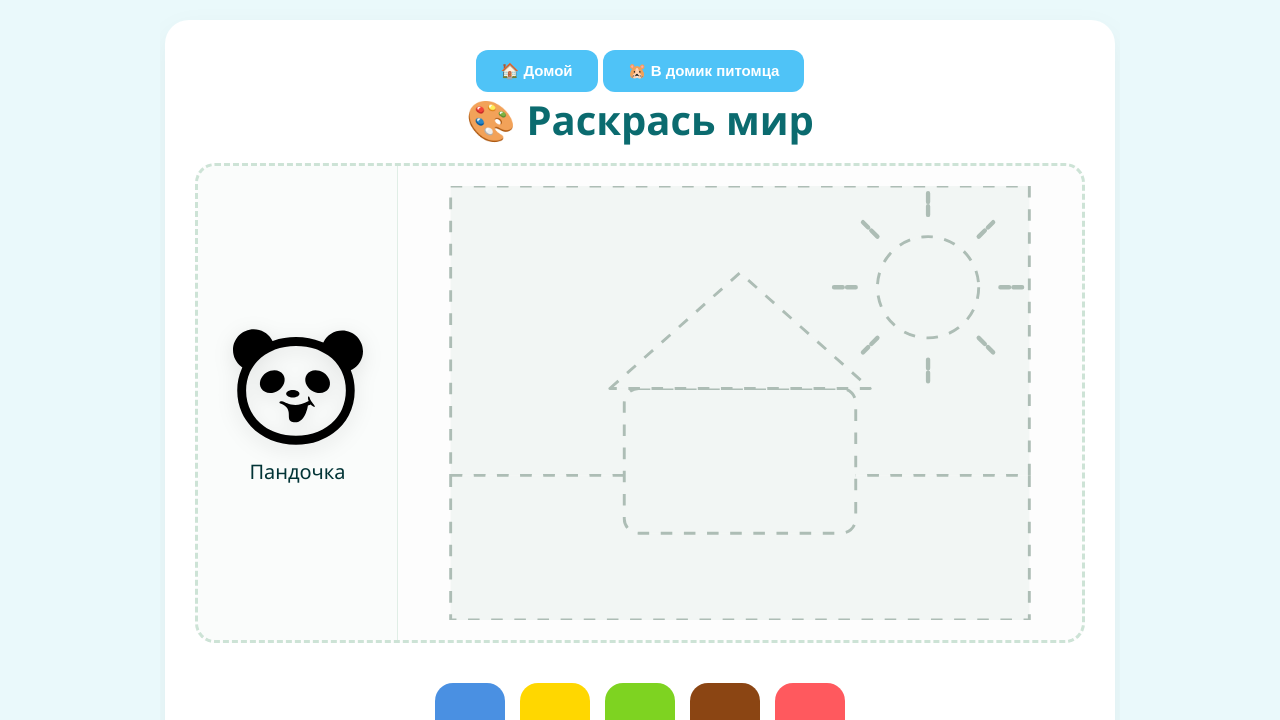
Repository: HOADF/kids-career-world
Page: games/artist/artist-game.html
The author's editor kept a copy of each file at every save. The page is drawn from the files as they stood at one save, then again after the next save.
The browser window is 1280 px wide. The pictures show the whole page.
An inner scrolling area shows only its first screen.

Above is the page before, as saved 2026-03-10 13:12:56.

### games/artist/artist-game.html
<!DOCTYPE html>
<html lang="ru">
<head>
    <meta charset="UTF-8">
    <meta name="viewport" content="width=device-width, initial-scale=1.0">
    <title>Уровень 1 — Пандочка-художник</title>
    <link rel="stylesheet" href="../../style.css">
    <link rel="stylesheet" href="artist-style.css">
</head>
<body>

<div class="main-card">
    <div class="nav-buttons">
        <button class="btn-nav">🏠 Домой</button>
        <button class="btn-nav">🐹 В домик питомца</button>
    </div>

    <h1>🎨 Раскрась мир</h1>

    <div class="game-board">
        <div class="pet-side">
            <div class="pet-container">
                <div id="speech-bubble" class="bubble hidden"></div>
                <img src="../../pets/panda.svg" alt="Panda" class="pet-img">
            </div>
            <p class="pet-name">Пандочка</p>
        </div>

        <div class="canvas-area">
            <svg viewBox="0 0 400 300" id="paint-svg">
                <rect id="sky" class="paint-area" data-correct="blue" data-name="Небо" x="0" y="0" width="400" height="200" />
                <rect id="ground" class="paint-area" data-correct="green" data-name="Травка" x="0" y="200" width="400" height="100" />

                <g id="sun-group" class="paint-area" data-correct="yellow" data-name="Солнышко">
                    <circle cx="330" cy="70" r="35" />
                    <line x1="330" y1="20" x2="330" y2="5" stroke-width="4" stroke-linecap="round" />
                    <line x1="330" y1="120" x2="330" y2="135" stroke-width="4" stroke-linecap="round" />
                    <line x1="280" y1="70" x2="265" y2="70" stroke-width="4" stroke-linecap="round" />
                    <line x1="380" y1="70" x2="395" y2="70" stroke-width="4" stroke-linecap="round" />
                    <line x1="295" y1="35" x2="285" y2="25" stroke-width="4" stroke-linecap="round" />
                    <line x1="365" y1="105" x2="375" y2="115" stroke-width="4" stroke-linecap="round" />
                    <line x1="365" y1="35" x2="375" y2="25" stroke-width="4" stroke-linecap="round" />
                    <line x1="295" y1="105" x2="285" y2="115" stroke-width="4" stroke-linecap="round" />
                </g>

                <rect id="house" class="paint-area" data-correct="brown" data-name="Стены" x="120" y="140" width="160" height="100" rx="10" ry="10" />
                <path id="roof" class="paint-area" data-correct="red" data-name="Крыша" d="M110 140 L200 60 L290 140 Z" stroke-linejoin="round" />
            </svg>
        </div>
    </div>

    <div class="palette">
        <div class="color-item" id="blue" data-color="blue" data-hex="#4A90E2" style="background-color: #4A90E2;"></div>
        <div class="color-item" id="yellow" data-color="yellow" data-hex="#FFD700" style="background-color: #FFD700;"></div>
        <div class="color-item" id="green" data-color="green" data-hex="#7ED321" style="background-color: #7ED321;"></div>
        <div class="color-item" id="brown" data-color="brown" data-hex="#8B4513" style="background-color: #8B4513;"></div>
        <div class="color-item" id="red" data-color="red" data-hex="#FF595E" style="background-color: #FF595E;"></div>
    </div>

    <div class="bottom-nav">
        <button onclick="location.reload()" class="btn-action">🔄 Начать заново</button>
        <button id="finish-btn" class="btn-action hidden">🏠 На главную</button>
    </div>
</div>

<script src="artist-game.js"></script>
</body>
</html>

### style.css
/* ---------- Базовые стили ---------- */

:root {
  --color-bg: #eaf9fb;
  --color-accent: #ffb44a;
  --color-text: #023436;
  --color-subtle: #0b6b6f;
  --color-white: #ffffff;

  --transition-fast: 0.3s ease;
  --transition-slow: 0.6s ease;
}

* {
  box-sizing: border-box;
  margin: 0;
  padding: 0;
}

html, body {
  width: 100%;
  height: 100%;
  font-family: system-ui, "Segoe UI", Roboto, sans-serif;
  color: var(--color-text);
  background-color: var(--color-bg);
  overflow-x: hidden;
}

.hidden {
  display: none !important;
}

/* ---------- Фон ---------- */

.background-decor {
  position: fixed;
  top: 0;
  left: 0;
  width: 100%;
  height: 100%;
  background: linear-gradient(180deg, #eaf9fb 0%, #f8ffff 100%);
  z-index: -1;
}

/* ---------- Структура ---------- */

.page-root {
  display: flex;
  flex-direction: column;
  align-items: center;
  justify-content: center;
  padding: 2rem;
  min-height: 100vh;
}

.welcome-card,
.questions-card,
.result-card {
  background: var(--color-white);
  border-radius: 24px;
  box-shadow: 0 6px 20px rgba(0, 0, 0, 0.08);
  max-width: 900px;
  width: 100%;
  padding: 2rem 3rem;
  display: flex;
  flex-direction: column;
  justify-content: center;
  animation: fadeIn var(--transition-slow);
}

.welcome-inner {
  display: flex;
  align-items: center;
  gap: 2rem;
  flex-wrap: wrap;
  justify-content: center;
}

/* ---------- Пингвинёнок ---------- */

.pet-visual {
  flex: 0 0 180px;
  animation: breathe 4s ease-in-out infinite;
}

@keyframes breathe {
  0%, 100% { transform: translateY(0); }
  50% { transform: translateY(-4px); }
}

/* ---------- Текст и кнопки ---------- */

.welcome-text {
  flex: 1 1 400px;
  text-align: left;
}

h1, h2 {
  font-weight: 700;
  color: var(--color-subtle);
  margin-bottom: 1rem;
}

.lead {
  font-size: 1.1rem;
  line-height: 1.6;
  margin-bottom: 1.5rem;
}

.controls {
  display: flex;
  gap: 1rem;
  flex-wrap: wrap;
  margin-bottom: 1rem;
}

.btn-primary,
.btn-ghost {
  font-size: 1rem;
  border-radius: 12px;
  padding: 0.8rem 1.6rem;
  cursor: pointer;
  transition: all var(--transition-fast);
  border: none;
}

.btn-primary {
  background: var(--color-accent);
  color: var(--color-white);
}

.btn-primary:hover {
  background: #ff9f1a;
  transform: translateY(-2px);
}

.btn-ghost {
  background: transparent;
  color: var(--color-subtle);
  border: 2px solid var(--color-subtle);
}

.btn-ghost:hover {
  background: var(--color-subtle);
  color: var(--color-white);
  transform: translateY(-2px);
}

.small {
  padding: 0.5rem 1rem;
  font-size: 0.9rem;
}

.meta-note {
  font-size: 0.9rem;
  color: #555;
  opacity: 0.8;
}

/* ---------- Опрос ---------- */

.questions-inner {
  display: flex;
  flex-direction: column;
  align-items: center;
  gap: 1rem;
}

.progress {
  font-size: 0.95rem;
  color: #666;
}

.question-title {
  font-size: 1.2rem;
  text-align: center;
  margin-bottom: 1rem;
}

.answers {
  display: flex;
  flex-direction: column;
  gap: 0.8rem;
  width: 100%;
  max-width: 600px;
}

.answers button {
  background: var(--color-bg);
  border: 2px solid transparent;
  border-radius: 12px;
  padding: 0.8rem 1.2rem;
  text-align: left;
  transition: all var(--transition-fast);
  font-size: 1rem;
}

.answers button:hover {
  border-color: var(--color-accent);
  background: #fff8f0;
  transform: translateY(-1px);
}

.answers button.selected {
  border-color: var(--color-accent);
  background: #fff1de;
}

.nav-row {
  display: flex;
  justify-content: space-between;
  width: 100%;
  max-width: 600px;
  margin-top: 1rem;
}

/* ---------- Результат ---------- */

.result-inner {
  display: flex;
  flex-direction: column;
  align-items: center;
  text-align: center;
  gap: 1rem;
}

.result-pet {
  margin-top: 1rem;
  font-size: 1.1rem;
}

.result-games {
  font-size: 1rem;
  color: #333;
}

.result-controls {
  display: flex;
  gap: 1rem;
  margin-top: 1rem;
}

/* ---------- Анимации ---------- */

@keyframes fadeIn {
  from { opacity: 0; transform: translateY(20px); }
  to { opacity: 1; transform: translateY(0); }
}

/* ---------- Адаптивность ---------- */

@media (max-width: 700px) {
  .welcome-card {
    padding: 1.5rem;
  }
  .welcome-inner {
    flex-direction: column;
    text-align: center;
  }
  .controls {
    justify-content: center;
  }
}
/* ========================== */
/* 📱 АДАПТИВНОСТЬ ПОД УСТРОЙСТВА */
/* ========================== */

/* --- Маленькие телефоны (до 480px) --- */
@media (max-width: 480px) {
  body {
    font-size: 14px;
    padding: 0.5rem;
  }

  .welcome-card,
  .questions-card,
  .result-card {
    padding: 1rem;
    border-radius: 1rem;
  }

  .welcome-card h1 {
    font-size: 1.4rem;
    line-height: 1.4;
  }

  .welcome-text p {
    font-size: 0.95rem;
  }

  .controls {
    flex-direction: column;
    gap: 0.75rem;
  }

  button {
    width: 100%;
    font-size: 1rem;
    padding: 0.8rem;
  }

  .pet-visual {
    width: 120px;
    height: 120px;
  }
}

/* --- Средние экраны: планшеты (481px–768px) --- */
@media (min-width: 481px) and (max-width: 768px) {
  body {
    font-size: 16px;
    padding: 1rem;
  }

  .welcome-card,
  .questions-card,
  .result-card {
    padding: 1.5rem;
  }

  .welcome-card h1 {
    font-size: 1.8rem;
  }

  .welcome-text p {
    font-size: 1rem;
  }

  button {
    font-size: 1rem;
    padding: 0.9rem 1.2rem;
  }

  .pet-visual {
    width: 150px;
    height: 150px;
  }
}

/* --- Ноутбуки и большие экраны (769px–1200px) --- */
@media (min-width: 769px) and (max-width: 1200px) {
  body {
    font-size: 18px;
    padding: 1.5rem;
  }

  .welcome-card,
  .questions-card,
  .result-card {
    padding: 2rem;
  }

  .welcome-card h1 {
    font-size: 2rem;
  }

  .pet-visual {
    width: 180px;
    height: 180px;
  }
}

/* --- Очень большие экраны (1200px+) --- */
@media (min-width: 1201px) {
  body {
    font-size: 20px;
    max-width: 960px;
    margin: 0 auto;
  }

  .welcome-card,
  .questions-card,
  .result-card {
    border-radius: 2rem;
  }

  .pet-visual {
    width: 200px;
    height: 200px;
  }
}

### games/artist/artist-style.css
.main-card {
    max-width: 950px;
    margin: 20px auto;
    padding: 30px;
    background: #ffffff;
    border-radius: 24px;
    box-shadow: 0 10px 30px rgba(0,0,0,0.05);
    display: flex;
    flex-direction: column;
    align-items: center;
    font-family: 'Segoe UI', Tahoma, Geneva, Verdana, sans-serif;
}

.game-board {
    display: flex;
    width: 100%;
    height: 480px;
    background: #fdfdfd;
    border: 3px dashed #cde3d6;
    border-radius: 20px;
    margin-bottom: 25px;
    position: relative;
    overflow: hidden;
}

.pet-side {
    width: 200px;
    display: flex;
    flex-direction: column;
    justify-content: center;
    align-items: center;
    background: rgba(240,249,244,0.3);
    border-right: 1px solid #e0eee6;
    position: relative;
}

.pet-img {
    width: 130px;
    height: auto;
    filter: drop-shadow(0 5px 10px rgba(0,0,0,0.1));
}

.canvas-area {
    flex-grow: 1;
    display: flex;
    justify-content: center;
    align-items: center;
    padding: 20px;
}

#paint-svg {
    width: 100%;
    height: 100%;
}

.paint-area {
    fill: #f2f6f4;
    stroke: #adbdb5;
    stroke-width: 2;
    stroke-dasharray: 8;
    cursor: pointer;
    transition: all 0.4s ease;
}

/* СЕКРЕТ КРАСИВЫХ ЛУЧЕЙ: они тоже пунктирные и серые до закраски */
#sun-group line {
    stroke: #adbdb5;
    stroke-width: 3;
    stroke-linecap: round;
    stroke-dasharray: 6 3; /* Мягкий пунктир для лучей */
}

/* Когда группа солнца закрашена: красим и лучи тоже! */
#sun-group[style*="fill"] line {
    stroke: #FFD700; /* Живой желтый цвет контура */
    stroke-dasharray: 0; /* Убираем пунктир, делаем живыми */
    transition: all 0.4s ease;
}

.palette {
    display: flex;
    gap: 15px;
    padding: 15px;
}

.color-item {
    width: 70px;
    height: 70px;
    border-radius: 18px;
    cursor: pointer;
    transition: transform 0.2s, box-shadow 0.2s;
    box-shadow: 0 4px 0 rgba(0,0,0,0.1);
}

.color-item:hover { transform: scale(1.05); }
.color-item.selected { border: 4px solid #333; transform: translateY(-5px); }
.color-item.used { opacity: 0.2; pointer-events: none; }

.hidden { display: none; }

.btn-nav, .btn-action {
    background: #4fc3f7;
    color: white;
    border: none;
    padding: 12px 25px;
    border-radius: 12px;
    font-weight: bold;
    cursor: pointer;
    font-size: 15px;
}

### games/artist/artist-game.js
document.addEventListener('DOMContentLoaded', () => {
    let selectedColor = null;
    let selectedHex = null;
    let selectedId = null;

    const bubble = document.getElementById('speech-bubble');
    const colorItems = document.querySelectorAll('.color-item');
    const areas = document.querySelectorAll('.paint-area');
    const finishBtn = document.getElementById('finish-btn');

    function pandaSay(text) {
        bubble.innerText = text;
        bubble.classList.remove('hidden');
        setTimeout(() => bubble.classList.add('hidden'), 3000);
    }

    colorItems.forEach(item => {
        item.addEventListener('click', () => {
            colorItems.forEach(i => i.classList.remove('selected'));
            selectedColor = item.getAttribute('data-color');
            selectedHex = item.getAttribute('data-hex');
            selectedId = item.id;
            item.classList.add('selected');
        });
    });

    areas.forEach(area => {
        area.addEventListener('click', () => {
            if (!selectedColor) {
                pandaSay("Выбери краску внизу! 🎨");
                return;
            }

            const correct = area.getAttribute('data-correct');
            const areaName = area.getAttribute('data-name');

            if (selectedColor === correct) {
                // ПРАВИЛЬНО
                area.style.fill = selectedHex;
                area.style.strokeDasharray = "0";
                area.style.stroke = "none";

                document.getElementById(selectedId).classList.add('used');
                selectedColor = null;

                pandaSay("Красота! Идём дальше?");
                checkWin();
            } else {
                // ОШИБКА
                pandaSay(`${areaName} не бывает такого цвета...`);
                // Эффект тряски для объекта
                area.style.fill = "#ffcccc";
                setTimeout(() => area.style.fill = "#e8edea", 400);
            }
        });
    });

    function checkWin() {
        const remaining = document.querySelectorAll('.color-item:not(.used)');
        if (remaining.length === 0) {
            finishBtn.classList.remove('hidden');
            pandaSay("Ура! Мы нарисовали шедевр! 🐼✨");
        }
    }
});

After the next save:
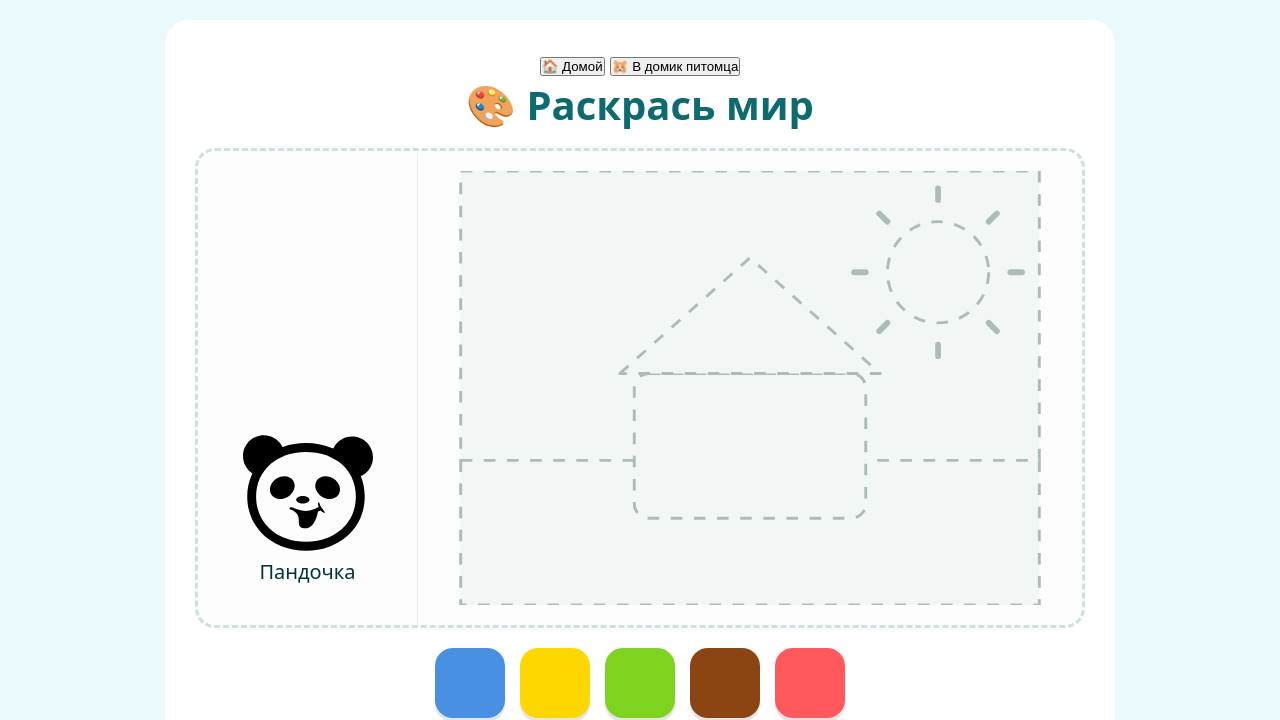
Saved 11 s later.
--- a/games/artist/artist-style.css
+++ b/games/artist/artist-style.css
@@ -4,11 +4,9 @@
     padding: 30px;
     background: #ffffff;
     border-radius: 24px;
-    box-shadow: 0 10px 30px rgba(0,0,0,0.05);
     display: flex;
     flex-direction: column;
     align-items: center;
-    font-family: 'Segoe UI', Tahoma, Geneva, Verdana, sans-serif;
 }
 
 .game-board {
@@ -18,26 +16,60 @@
     background: #fdfdfd;
     border: 3px dashed #cde3d6;
     border-radius: 20px;
-    margin-bottom: 25px;
-    position: relative;
-    overflow: hidden;
+    position: relative; /* Чтобы облачко не улетало за пределы игры */
 }
 
 .pet-side {
-    width: 200px;
+    width: 220px;
     display: flex;
     flex-direction: column;
-    justify-content: center;
+    justify-content: flex-end; /* Панда всегда внизу */
     align-items: center;
-    background: rgba(240,249,244,0.3);
+    padding-bottom: 40px;
     border-right: 1px solid #e0eee6;
     position: relative;
 }
 
+.pet-container {
+    position: relative;
+    display: flex;
+    flex-direction: column;
+    align-items: center;
+}
+
 .pet-img {
     width: 130px;
-    height: auto;
-    filter: drop-shadow(0 5px 10px rgba(0,0,0,0.1));
+    z-index: 5;
+}
+
+/* ОБЛАЧКО ТЕПЕРЬ НЕ ТОЛКАЕТ ПАНДУ */
+.bubble {
+    position: absolute;
+    bottom: 140px; /* Фиксированно над головой */
+    left: 50%;
+    transform: translateX(-50%);
+    background: white;
+    border: 2px solid #4A90E2;
+    padding: 12px 15px;
+    border-radius: 20px;
+    font-size: 14px;
+    font-weight: bold;
+    color: #333;
+    width: 180px; /* Ограничили ширину, чтобы текст переносился */
+    text-align: center;
+    box-shadow: 0 5px 15px rgba(0,0,0,0.1);
+    z-index: 100;
+}
+
+/* Хвостик облачка */
+.bubble::after {
+    content: '';
+    position: absolute;
+    bottom: -10px;
+    left: 50%;
+    transform: translateX(-50%);
+    border: 5px solid transparent;
+    border-top-color: #4A90E2;
 }
 
 .canvas-area {
@@ -48,10 +80,7 @@
     padding: 20px;
 }
 
-#paint-svg {
-    width: 100%;
-    height: 100%;
-}
+#paint-svg { width: 100%; height: 100%; }
 
 .paint-area {
     fill: #f2f6f4;
@@ -59,52 +88,15 @@
     stroke-width: 2;
     stroke-dasharray: 8;
     cursor: pointer;
-    transition: all 0.4s ease;
 }
 
-/* СЕКРЕТ КРАСИВЫХ ЛУЧЕЙ: они тоже пунктирные и серые до закраски */
-#sun-group line {
-    stroke: #adbdb5;
-    stroke-width: 3;
-    stroke-linecap: round;
-    stroke-dasharray: 6 3; /* Мягкий пунктир для лучей */
-}
+/* Живые лучи солнца */
+#sun-group line { stroke: #adbdb5; stroke-width: 4; stroke-linecap: round; }
+#sun-group[style*="fill"] line { stroke: #FFD700; stroke-dasharray: 0; }
 
-/* Когда группа солнца закрашена: красим и лучи тоже! */
-#sun-group[style*="fill"] line {
-    stroke: #FFD700; /* Живой желтый цвет контура */
-    stroke-dasharray: 0; /* Убираем пунктир, делаем живыми */
-    transition: all 0.4s ease;
-}
+.hidden { display: none !important; }
 
-.palette {
-    display: flex;
-    gap: 15px;
-    padding: 15px;
-}
-
-.color-item {
-    width: 70px;
-    height: 70px;
-    border-radius: 18px;
-    cursor: pointer;
-    transition: transform 0.2s, box-shadow 0.2s;
-    box-shadow: 0 4px 0 rgba(0,0,0,0.1);
-}
-
-.color-item:hover { transform: scale(1.05); }
+.palette { display: flex; gap: 15px; padding: 20px; }
+.color-item { width: 70px; height: 70px; border-radius: 18px; cursor: pointer; box-shadow: 0 4px 0 rgba(0,0,0,0.1); }
 .color-item.selected { border: 4px solid #333; transform: translateY(-5px); }
 .color-item.used { opacity: 0.2; pointer-events: none; }
-
-.hidden { display: none; }
-
-.btn-nav, .btn-action {
-    background: #4fc3f7;
-    color: white;
-    border: none;
-    padding: 12px 25px;
-    border-radius: 12px;
-    font-weight: bold;
-    cursor: pointer;
-    font-size: 15px;
-}
